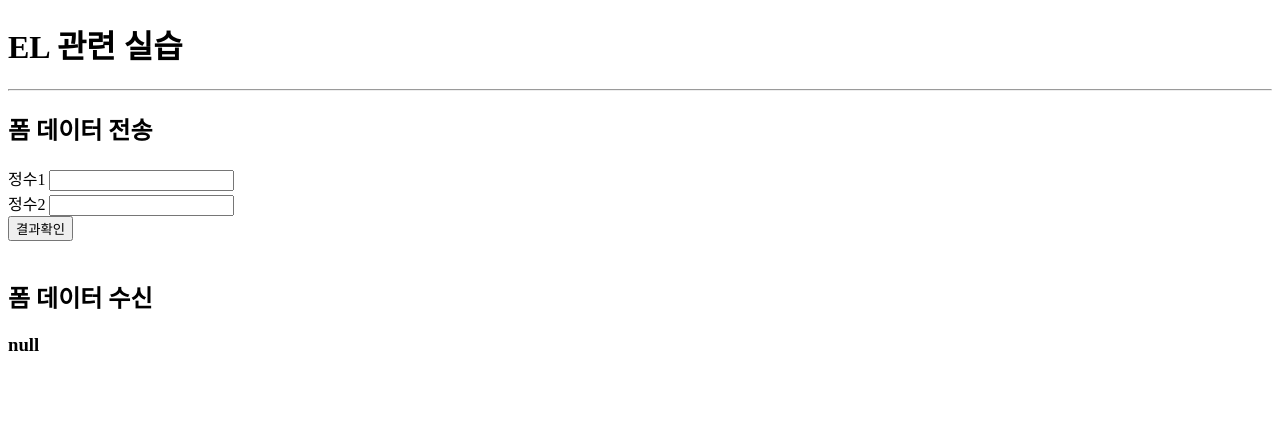
Repository: hyyrim/WebStudy
Page: http://localhost/WebApp22/Test01.jsp
These files come from the project's save history. The page is drawn as it stood at one moment and after the next save; the edit follows.
The browser window is 1280 px wide. The pictures show the whole page.
The page is served by Tomcat 9. Other server files are loaded and not shown.

Above is the page before, as saved 2021-05-26 03:43:57.

### WebApp22/WebContent/Test01.jsp
<%@ page contentType="text/html; charset=UTF-8"%>
<%@ taglib prefix="c" uri="http://java.sun.com/jsp/jstl/core"%>
<%
	request.setCharacterEncoding("UTF-8");
	String cp = request.getContextPath();
%>
<!DOCTYPE html>
<html>
<head>
<meta charset="UTF-8">
<title>Test01.jsp</title>
</head>
<body>


<div>
	<h1>EL 관련 실습</h1>
	<hr>
</div>

<div>
	<h2>폼 데이터 전송</h2>
	<form action="" method="post"> <!-- 자기자신에게 submit -->
		정수1 <input type="text" name="su1"><br>
		정수2 <input type="text" name="su2"><br>
		<button type="submit">결과확인</button>
	</form>
</div>

<br>

<div>
	<h2>폼 데이터 수신</h2>

	<!-- 폼의 데이터를 수신하는 방법 1 (기존 방법) -->
	<h3><%=request.getParameter("su1") %></h3>

	<!-- 폼의 데이터를 수신하는 방법 2 (EL 사용) -->
	<h3>${param.su2 }</h3>

</div>

</body>
</html>

After the next save:
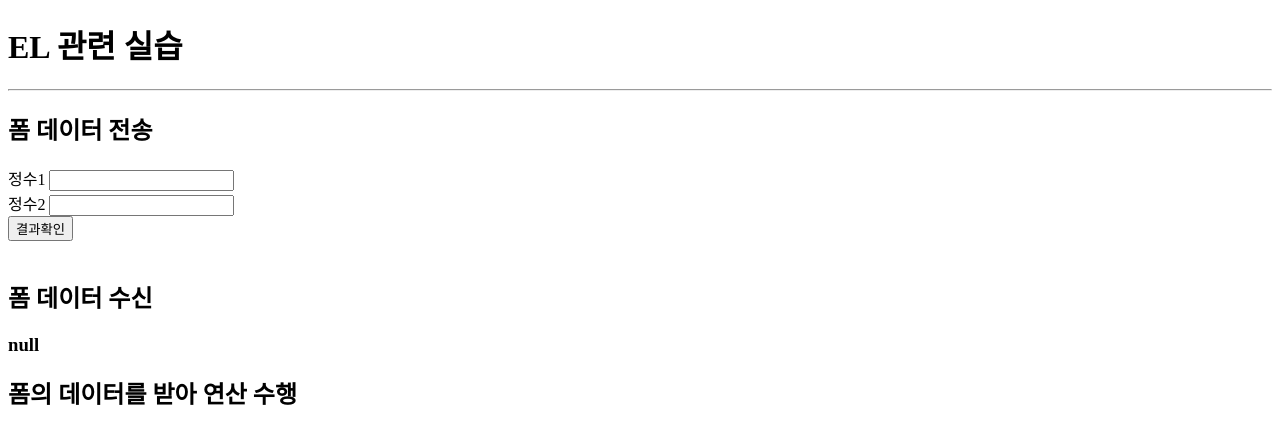
Saved 108 s later.
--- a/WebApp22/WebContent/Test01.jsp
+++ b/WebApp22/WebContent/Test01.jsp
@@ -40,5 +40,12 @@
 
 </div>
 
+<div>
+	<h2>폼의 데이터를 받아 연산 수행</h2>
+
+	<!-- 폼의 데이터를 수신하여 연산을 수행하는 방법 1 (기존 방법) -->
+
+</div>
+
 </body>
 </html>
